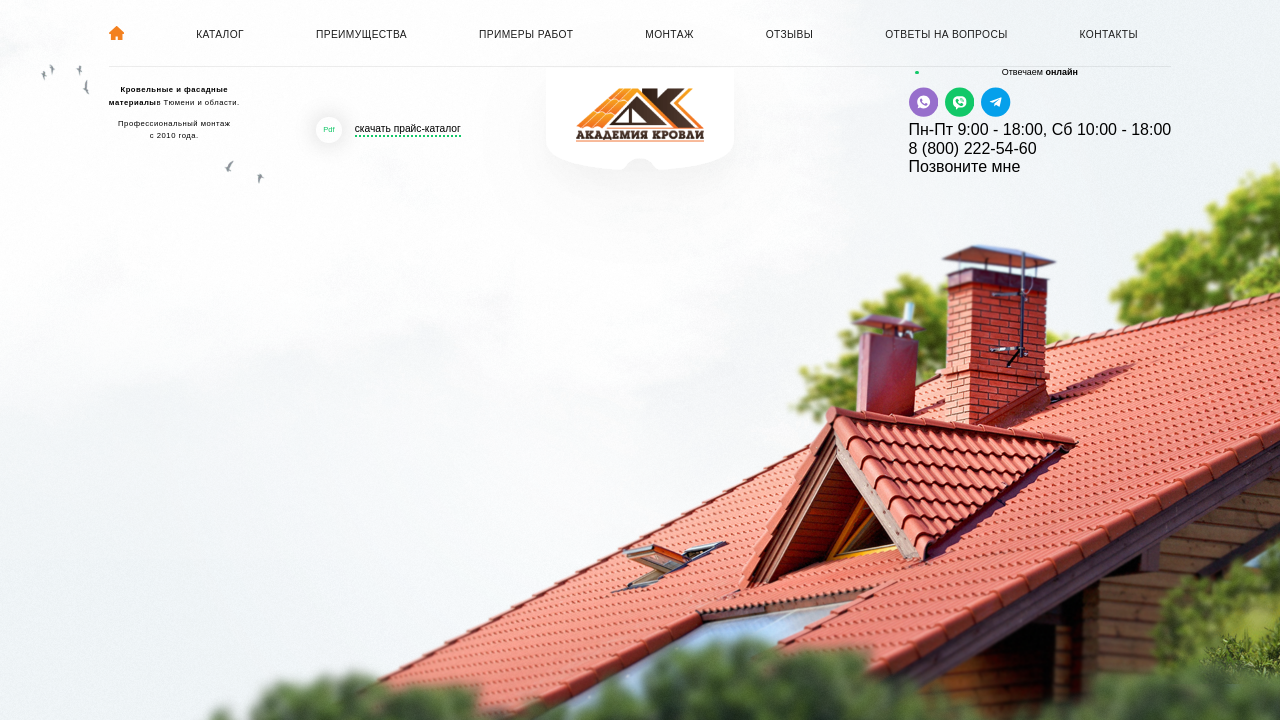
Repository: dima-hacker0/test_task_deyneka
Page: /
The author's editor kept a copy of each file at every save. The page is drawn from the files as they stood at one save, then again after the next save.
The browser window is 1280 px wide. The pictures show the whole page.
The project was rebuilt for these pictures with package versions that can differ from the ones it lists, and the page was loaded fresh each time. Also part of the build but not shown: src/components/main_page/top_panel/block_call_me/call_me.module.css.

Above is the page before, as saved 2022-06-22 18:40:36.

After the next save:
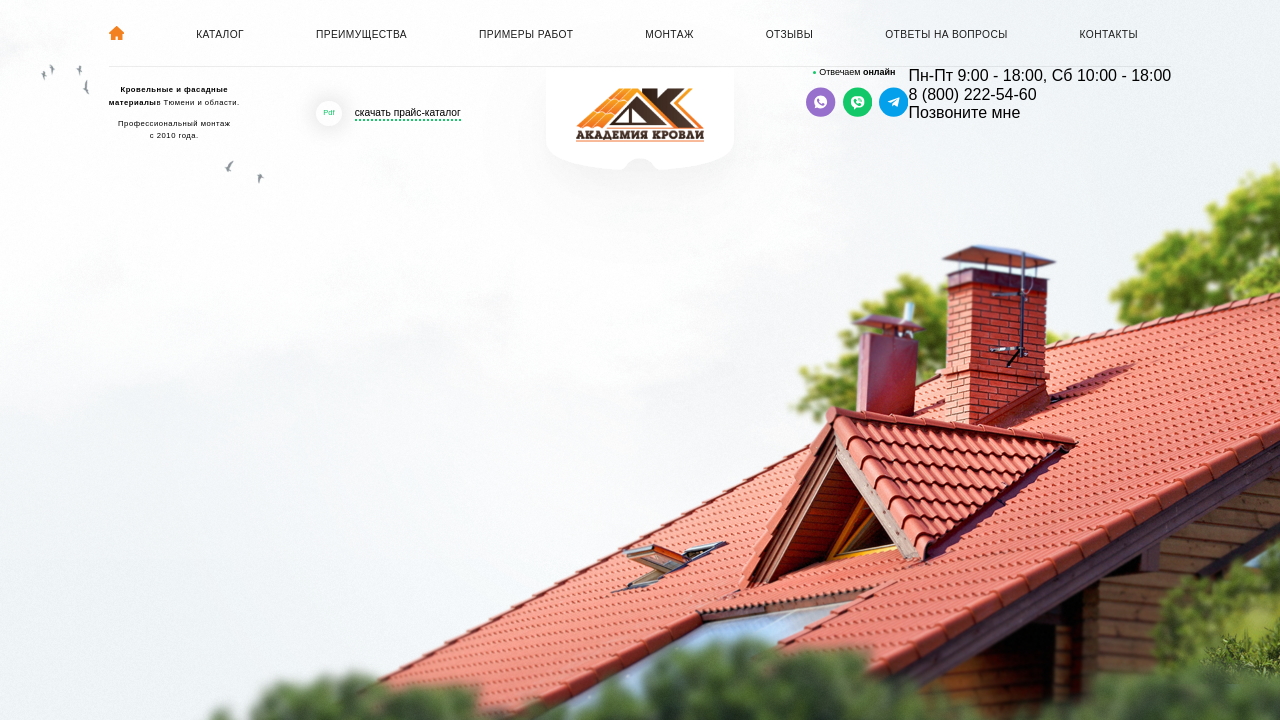
Saved 34 s later.
--- a/src/components/main_page/top_panel/top_panel.module.css
+++ b/src/components/main_page/top_panel/top_panel.module.css
@@ -9,3 +9,7 @@
   padding-top: 1.3vw;
   width: 27.5vw;
 }
+.rightSide {
+  display: flex;
+  justify-content: space-between;
+}
